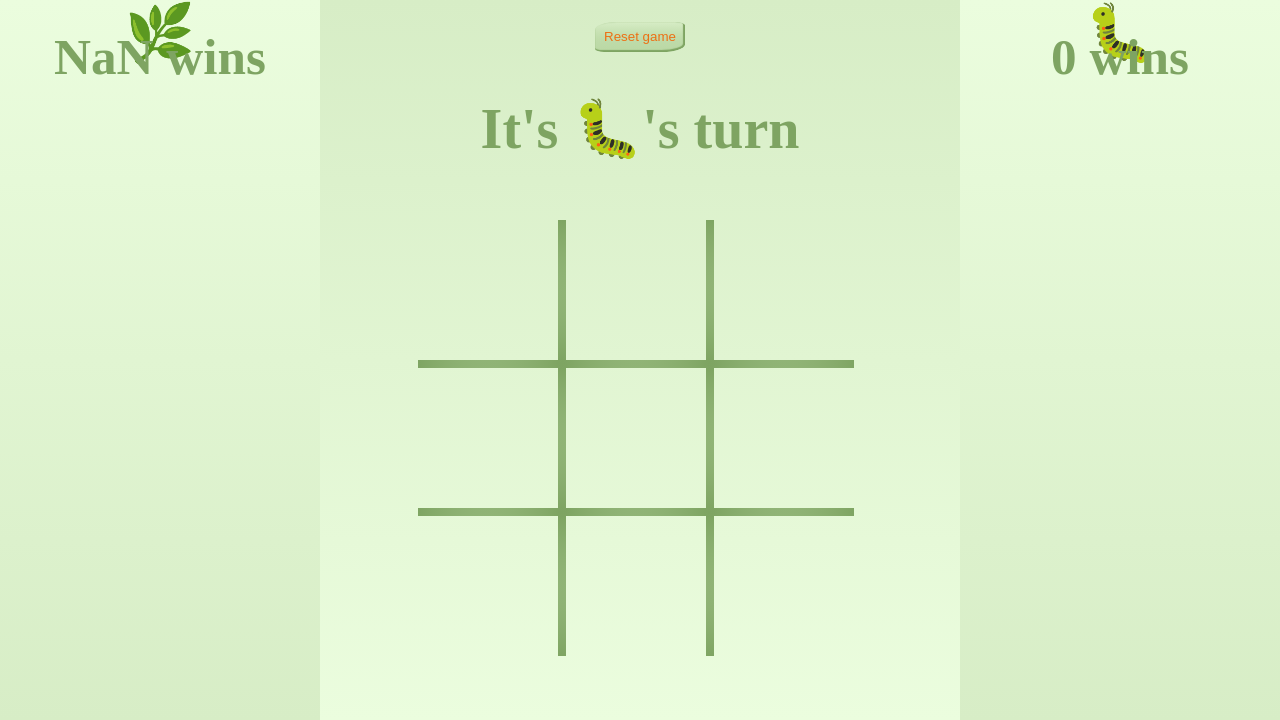
Repository: AsherSpurr/tic-tac-toe
Page: index.html
These files come from the project's save history. The page is drawn as it stood at one moment and after a run of saves; the edit follows.
The browser window is 1280 px wide. The pictures show the whole page.
Some web fonts or font styles are not loaded; a fallback is used.

Above is the page before, as saved 2024-01-13 18:30:55.

After the next 2 saves:
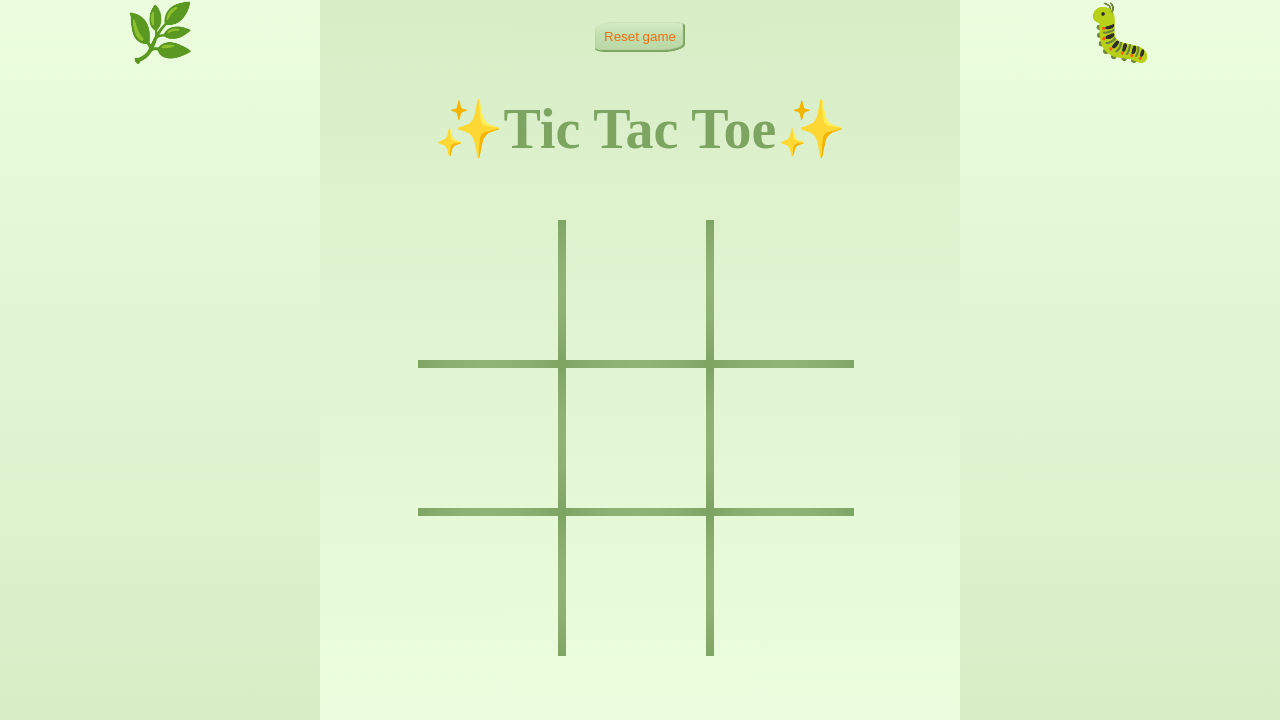
Console error: SyntaxError: Unexpected end of input
The 2 saves are shown as one change because they came seconds apart.
The last was saved 32 s later.
--- a/main.js
+++ b/main.js
@@ -127,14 +127,7 @@ function storeWinsLocally() {
 function refreshWins() {
     var wins0 = parseInt(localStorage.getItem('wins0'))
     var wins1 = parseInt(localStorage.getItem('wins1'))
-    for(var i = 0; i < players.length; i++) {
-            if(wins0 != NaN || wins1 != NaN){
-                players[0].wins = wins0
-                players[1].wins = wins1
-                renderWins(players[i])
-        }
-    }
-}
+
 
 function isDraw(player) {
     if (player.plays.length === 5 && !player.hasWon) {
